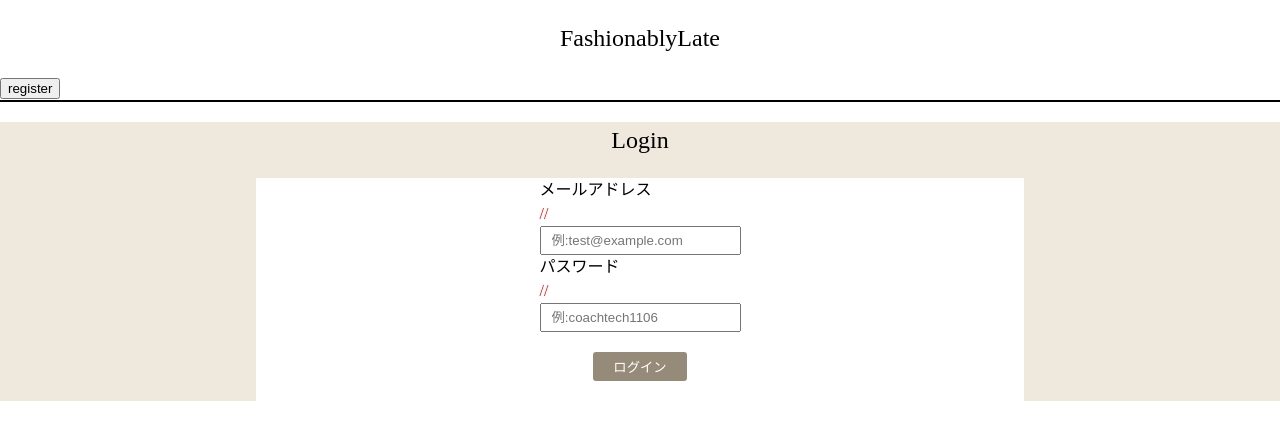
Repository: mayu-ya/test_form
Page: http://localhost/
These files come from the project's save history. The page is drawn as it stood at one moment and after the next save; the edit follows.
The browser window is 1280 px wide. The pictures show the whole page.
The page is served by the project's Laravel application, run on PHP 8.4 with Laravel 8.

Above is the page before, as saved 2026-01-17 16:26:54.

After the next save:
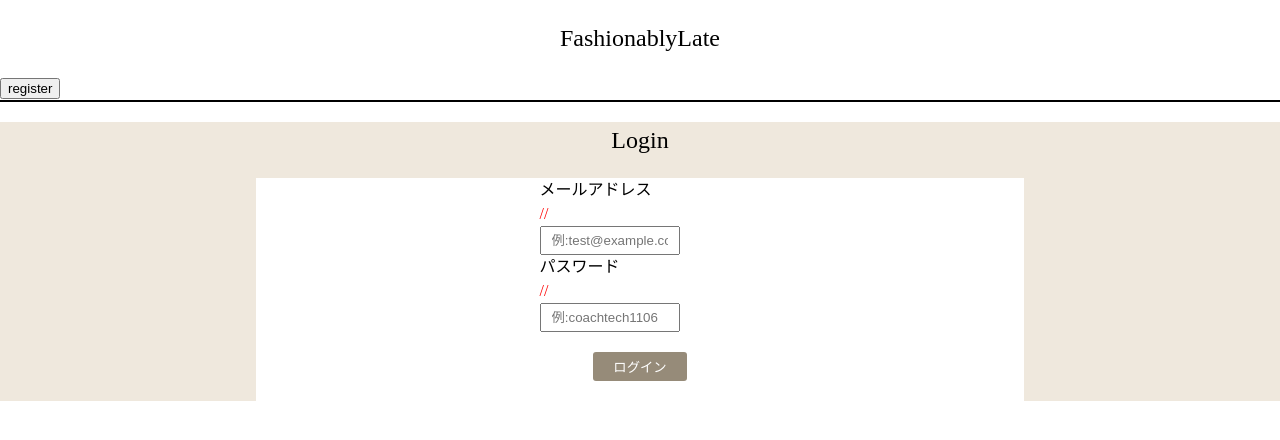
Saved 57 s later.
--- a/src/public/css/login.css
+++ b/src/public/css/login.css
@@ -31,7 +31,7 @@
 }
 
 .form__group-input {
-    50%
+    width: 70%;
 }
 
 .form__group-unput-item {
